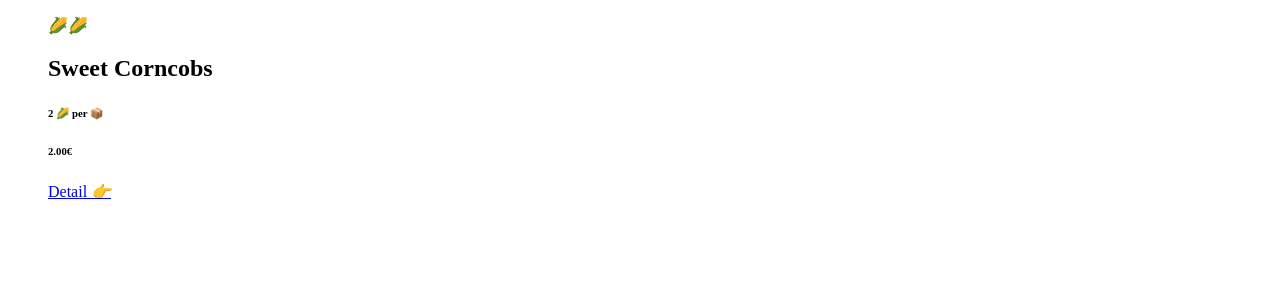
Repository: TranMinhMan040702/nodeJS_UDM
Page: templates/template-card.html
These files come from the project's save history. The page is drawn as it stood at one moment and after the next save; the edit follows.
The browser window is 1280 px wide. The pictures show the whole page.

Above is the page before, as saved 2022-09-16 21:17:46.

### templates/template-card.html
<figure class="card">
    <div class="card__emoji">🌽🌽</div>
    <div class="card__title-box">
        <h2 class="card__title">Sweet Corncobs</h2>
    </div>

    <div class="card__details">
        <div class="card__detail-box">
            <h6 class="card__detail">2 🌽 per 📦</h6>
        </div>

        <div class="card__detail-box">
            <h6 class="card__detail card__detail--price">
                2.00€
            </h6>
        </div>
    </div>

    <a class="card__link" href="#">
        <span>Detail <i class="emoji-right">👉</i></span>
    </a>
</figure>

After the next save:
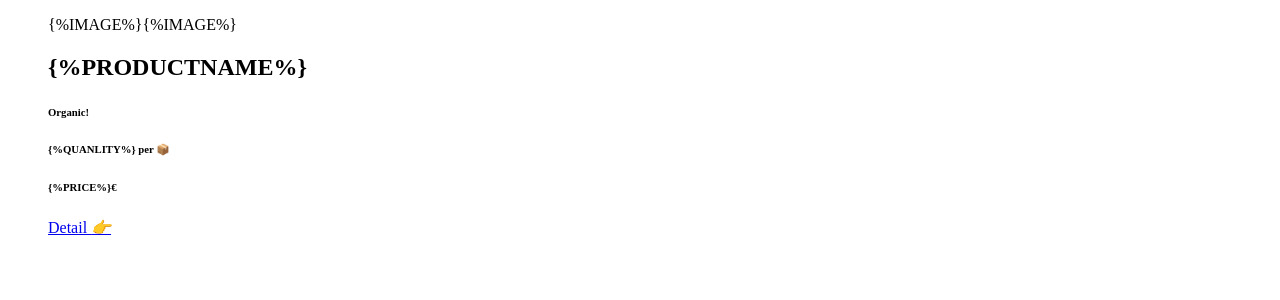
Saved 92 s later.
--- a/templates/template-card.html
+++ b/templates/template-card.html
@@ -1,17 +1,23 @@
 <figure class="card">
-    <div class="card__emoji">🌽🌽</div>
+    <div class="card__emoji">{%IMAGE%}{%IMAGE%}</div>
     <div class="card__title-box">
-        <h2 class="card__title">Sweet Corncobs</h2>
+        <h2 class="card__title">{%PRODUCTNAME%}</h2>
     </div>
 
     <div class="card__details">
         <div class="card__detail-box">
-            <h6 class="card__detail">2 🌽 per 📦</h6>
+            <h6 class="card__detail card__detail--organic">
+                Organic!
+            </h6>
+        </div>
+
+        <div class="card__detail-box">
+            <h6 class="card__detail">{%QUANLITY%} per 📦</h6>
         </div>
 
         <div class="card__detail-box">
             <h6 class="card__detail card__detail--price">
-                2.00€
+                {%PRICE%}€
             </h6>
         </div>
     </div>
